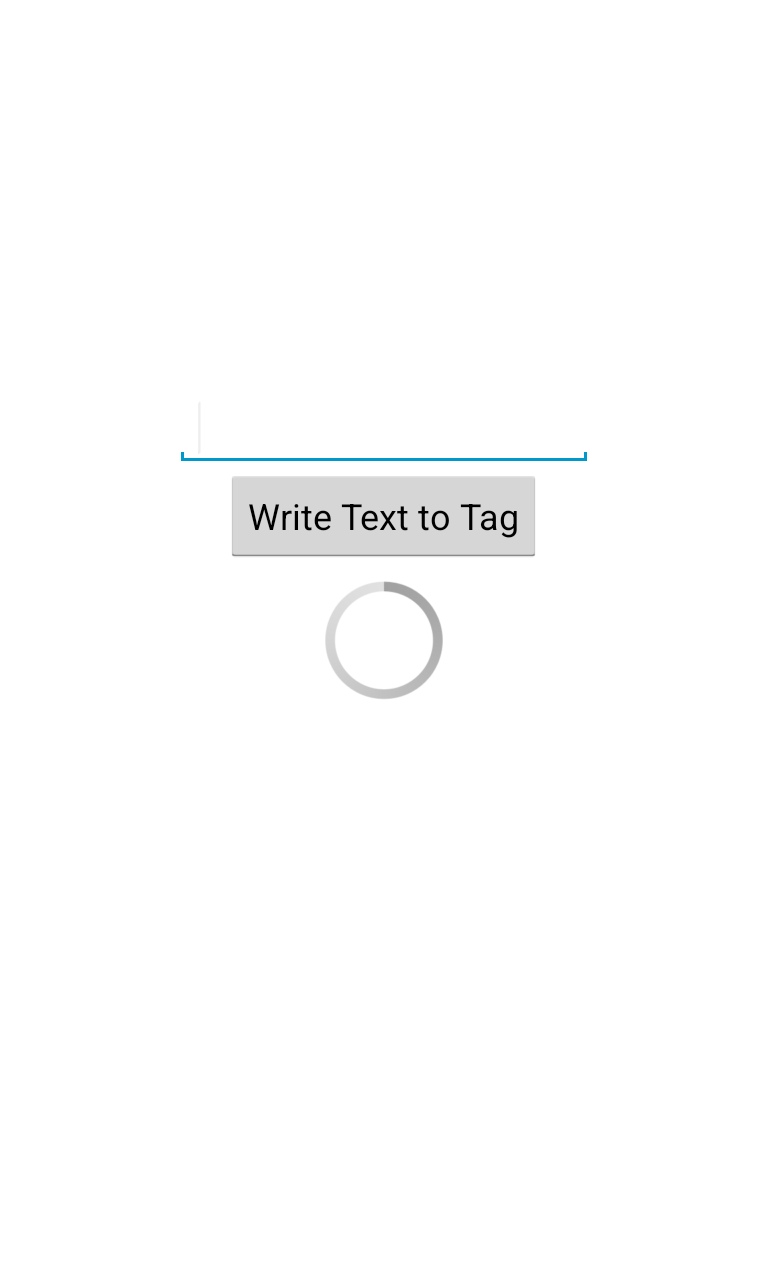
Repository: guezandy/snagtag_android
Layout: workspace/MyCloset/res/layout/tags_magic.xml
These files come from the project's save history. The layout is drawn as it stood at one moment and after the next save; the edit follows.
It is drawn on a 768 x 1280 px phone screen (xhdpi) without system bars, with theme AppTheme; the app's code is not run.

Above is the layout before, as saved 2013-06-17 03:26:55.

After the next save:
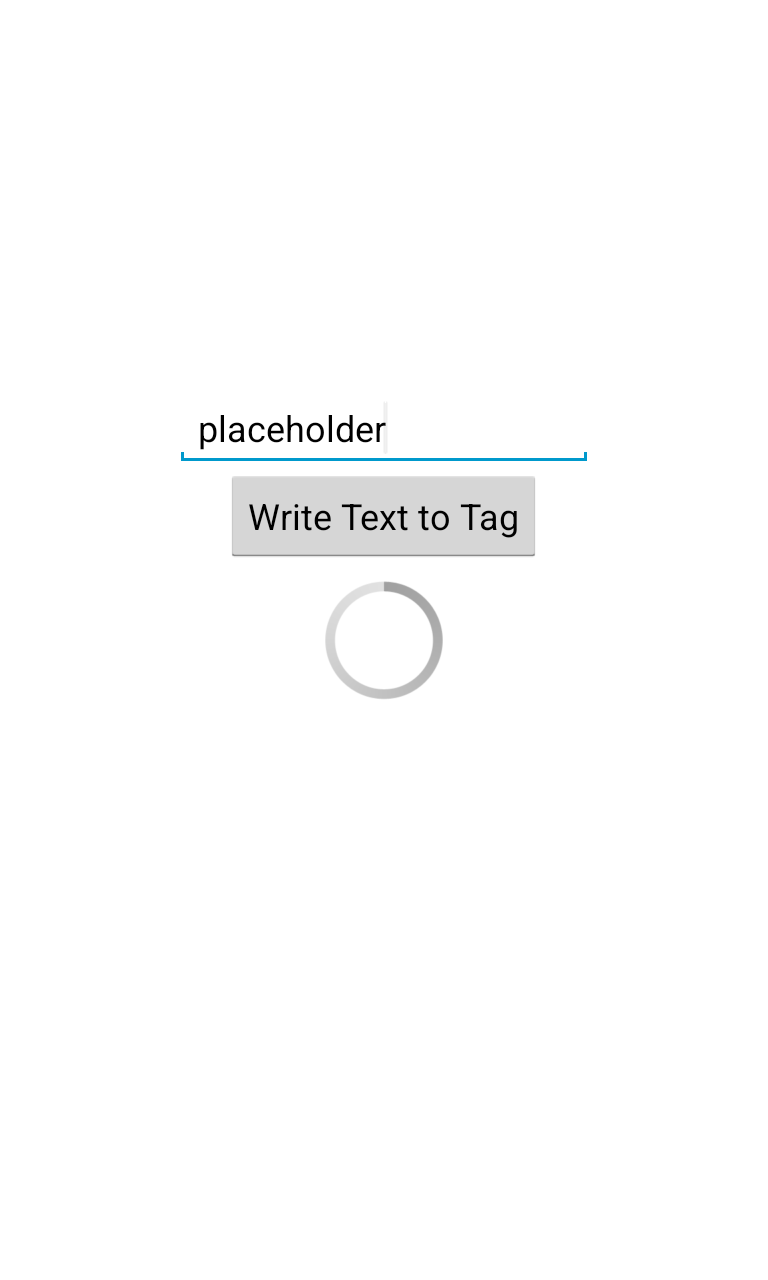
Saved 46 min 20 s later.
--- a/workspace/MyCloset/res/layout/tags_magic.xml
+++ b/workspace/MyCloset/res/layout/tags_magic.xml
@@ -23,7 +23,8 @@
         android:layout_above="@+id/nfcWriteButton"
         android:layout_centerHorizontal="true"
         android:ems="10"
-        android:inputType="textPersonName" >
+        android:inputType="textPersonName"
+        android:text="@string/place" >
 
         <requestFocus />
     </EditText>
